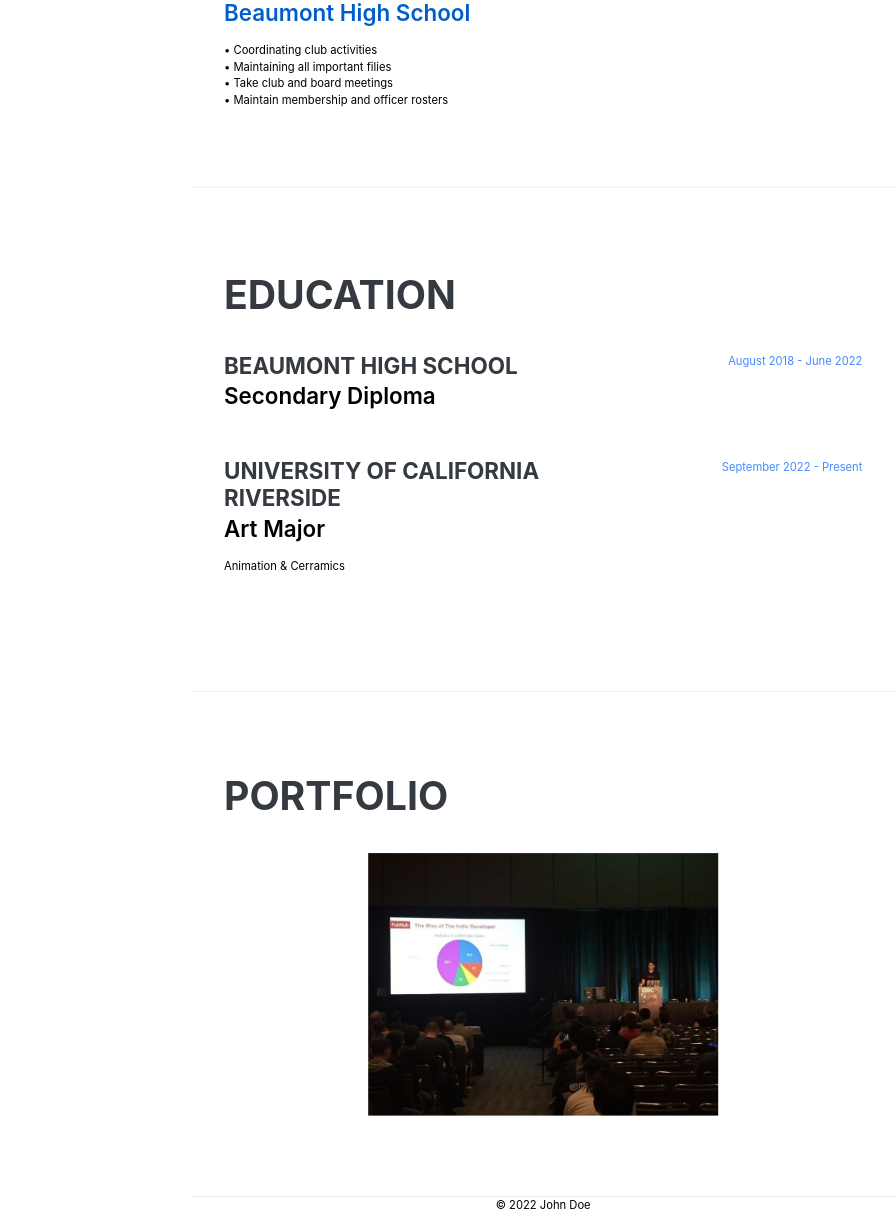
Repository: vmoua1129/vmoua1129-Resume
Page: LearnCS8-Resume/index.html
The author's editor kept a record of every edit. The page is drawn from the files as they stood at one moment, then again after the next edit.
The browser window is 1280 px wide. The pictures show the part of the page from y = 1404 to 3324 px (the page is 3162 px tall before and 3324 px after), at 70% of full size.
Some web fonts or font styles are not loaded; a fallback is used.

Above is the page before.

### LearnCS8-Resume/index.html
<!DOCTYPE html>
<html lang="en">

<head>

  <meta charset='UTF-8'>
  <meta name="viewport" content="width=device-width, initial-scale=1, shrink-to-fit=no">
  <link rel="shortcut icon" href="img/favicon.ico">
  <meta name="description" content="Hello! My name is Vivian G. Moua, I am a First-Year Student at UC Riverside">
  <meta name="author" content="862365976">

  <title>Vivian G. Moua - Art</title>

  <!-- Bootstrap core CSS -->
  <link href="vendor/bootstrap/css/bootstrap.min.css" rel="stylesheet">

  <!-- Custom fonts for this template -->
  <link href="https://fonts.googleapis.com/css?family=Saira+Extra+Condensed:500,700" rel="stylesheet">
  <link href="https://fonts.googleapis.com/css?family=Muli:400,400i,800,800i" rel="stylesheet">
  <link href="vendor/fontawesome-free/css/all.min.css" rel="stylesheet">

  <!-- Custom styles for this template -->
  <link href="css/resume.min.css" rel="stylesheet">

</head>

<body id="page-top">
  <nav class="navbar navbar-expand-lg navbar-dark bg-primary fixed-top" id="sideNav">
    <a class="navbar-brand js-scroll-trigger" href="#page-top">
      <span class="d-block d-lg-none">John Doe</span>
      <span class="d-none d-lg-block">
        <img class="img-fluid img-profile rounded-circle mx-auto mb-2" src="img/VivianMoua.jpg.jpg" alt="Profile Picture">
      </span>
    </a>
    <button class="navbar-toggler" type="button" data-toggle="collapse" data-target="#navbarSupportedContent" aria-controls="navbarSupportedContent" aria-expanded="false" aria-label="Toggle navigation">
      <span class="navbar-toggler-icon"></span>
    </button>
    <div class="collapse navbar-collapse" id="navbarSupportedContent">
      <ul class="navbar-nav">
        <li class="nav-item">
          <a class="nav-link js-scroll-trigger" href="#about">About</a>
        </li>
        <li class="nav-item">
          <a class="nav-link js-scroll-trigger" href="#experience">Experience</a>
        </li>
        <li class="nav-item">
          <a class="nav-link js-scroll-trigger" href="#education">Education</a>
        </li>
        <li class="nav-item">
          <a class="nav-link js-scroll-trigger" href="#portfolio">Portfolio</a>
        </li>
      </ul>
    </div>
  </div>
  </nav>

  <div class="container-fluid p-0">

    <section class="resume-section p-3 p-lg-5 d-flex align-items-center" id="about">
      <div class="w-100">
        <h1 class="mb-3">John Doe
        </h1>
        <div class="subheading mb-5">Business Administration📚</div>
        <p class="lead mb-4">Enter bio here<br>A talented, passionate and hardworking Artist who has a long track record of creating original pieces of artwork, through a variety of mediums. Vivian comes to you from a strong artistic background, with a history of craftsmanship and with the ability to create art for either sale or exhibiton. She can work with a wide variety of materials such as paint, digital, and traditional. She has a passion to create world class art, and is the type of person who puts the word 'no' before the world 'problem'.<br>

        </p>
        <div class="social-icons">
          <a target="_blank" id="socialicon-1" href="https://www.instagram.com/">
            <i class="fab fa-linkedin-in"></i>
          </a>
          <a target="_blank" id="socialicon-2" href="https://github.com/vmoua1129/vmoua1129-Resume">
            <i class="fab fa-github"></i>
          </a>
          <a target="_blank" id="socialicon-3" href="https://twitter.com">
            <i class="fab fa-twitter"></i>
          </a>
          <a target="_blank" id="socialicon-4" href="https://www.youtube.com/">
            <i class="fa fa-envelope"></i>
          </a>
        </div>
      </div>
    </section>

    <hr class="m-0">

    <section class="resume-section p-3 p-lg-5 d-flex justify-content-center" id="experience">
      <div class="w-100">
        <h2 class="mb-5">Experience</h2>

        <div class="resume-item d-flex flex-column flex-md-row justify-content-between mb-5 experience">
          <div class="resume-content">
            <h3 class="mb-0">Sales Associates</h3>
            <div class="subheading mb-3"><a target="_blank" href="https://www.marshalls.com/us/store/index.jsp">T.J.Max - Marshall's</a></div>
            <p>
              • Customer Service X<br>
              • Salesfloor<br>
              • Experience with recovering areas within the store<br>
            </p>
          </div>
          <div class="resume-date text-md-right">
            <span class="text-primary">October 2021 - Present</span>
          </div>
        </div>

        <div class="resume-item d-flex flex-column flex-md-row justify-content-between mb-5 experience">
          <div class="resume-content">
            <h3 class="mb-0">Secretary</h3>
            <div class="subheading mb-3"><a target="_blank" href="https://sgms.beaumontusd.us/">Art Club - San Gorgonio Middle School</a></div>
            <p>
              • Responsible for organizing and writing reports<br>
              • Maintaining files and rearranging appointments<br>
              • Typing, preparing and collecting reports<br>
            </p>
          </div>
          <div class="resume-date text-md-right">
            <span class="text-primary">March 2016 - March 2016</span>
          </div>
        </div>


        <div class="resume-item d-flex flex-column flex-md-row justify-content-between mb-5 experience">
          <div class="resume-content">
            <h3 class="mb-0">Secretary</h3>
            <div class="subheading mb-3"><a target="_blank" href="https://bhs.beaumontusd.us/">Beaumont High School</a></div>
            <p>
            • Coordinating club activities<br>
            • Maintaining all important filies<br>
            • Take club and board meetings<br>
            • Maintain membership and officer rosters<br>

          </p>
          </div>
          <div class="resume-date text-md-right">
            <span class="text-primary">September 2021 - June 2022</span>
          </div>
        </div>



      </div>

    </section>

    <hr class="m-0">

    <section class="resume-section p-3 p-lg-5 d-flex align-items-center" id="education">
      <div class="w-100">
        <h2 class="mb-5">Education</h2>

        <div class="resume-item d-flex flex-column flex-md-row justify-content-between mb-5 education">
          <div class="resume-content">
            <h3 class="mb-0">Beaumont High School</h3>
            <div class="subheading mb-3">Secondary Diploma</div>
          </div>
          <div class="resume-date text-md-right">
            <span class="text-primary">August 2018 - June 2022</span>
          </div>
        </div>

        <div class="resume-item d-flex flex-column flex-md-row justify-content-between mb-5 education">
          <div class="resume-content">
            <h3 class="mb-0">University of California Riverside</h3>
            <div class="subheading mb-3">Art Major</div>
            <div>Animation & Cerramics</div>
          </div>
          <div class="resume-date text-md-right">
            <span class="text-primary">September 2022 - Present</span>
          </div>

      </div>
    </section>

    <hr class="m-0">

    <section class="resume-section p-1 p-lg-5 d-flex align-items-center" id="portfolio">
      <div class="w-100">
        <h2 class="mb-5">Portfolio</h1>
        <center>
            <img src="img/image2.jpeg" width="500px">
        </center>
      </div>
    </section>

    <hr class="m-0">
    <center>&copy; <script type="text/javascript">
  document.write(new Date().getFullYear());
  </script> John Doe</center><br>
  </div>
  <!-- Bootstrap core JavaScript -->
  <script src="vendor/jquery/jquery.min.js"></script>
  <script src="vendor/bootstrap/js/bootstrap.bundle.min.js"></script>

  <!-- Plugin JavaScript -->
  <script src="vendor/jquery-easing/jquery.easing.min.js"></script>

  <!-- Custom scripts for this template -->
  <script src="js/resume.min.js"></script>
</body>
</html>

Loaded but not shown: vendor/bootstrap/css/bootstrap.min.css (library); vendor/fontawesome-free/css/all.min.css (library); css/resume.min.css (library); vendor/jquery/jquery.min.js (library); vendor/bootstrap/js/bootstrap.bundle.min.js (library); vendor/jquery-easing/jquery.easing.min.js (common file); js/resume.min.js (common file)

After the next edit:
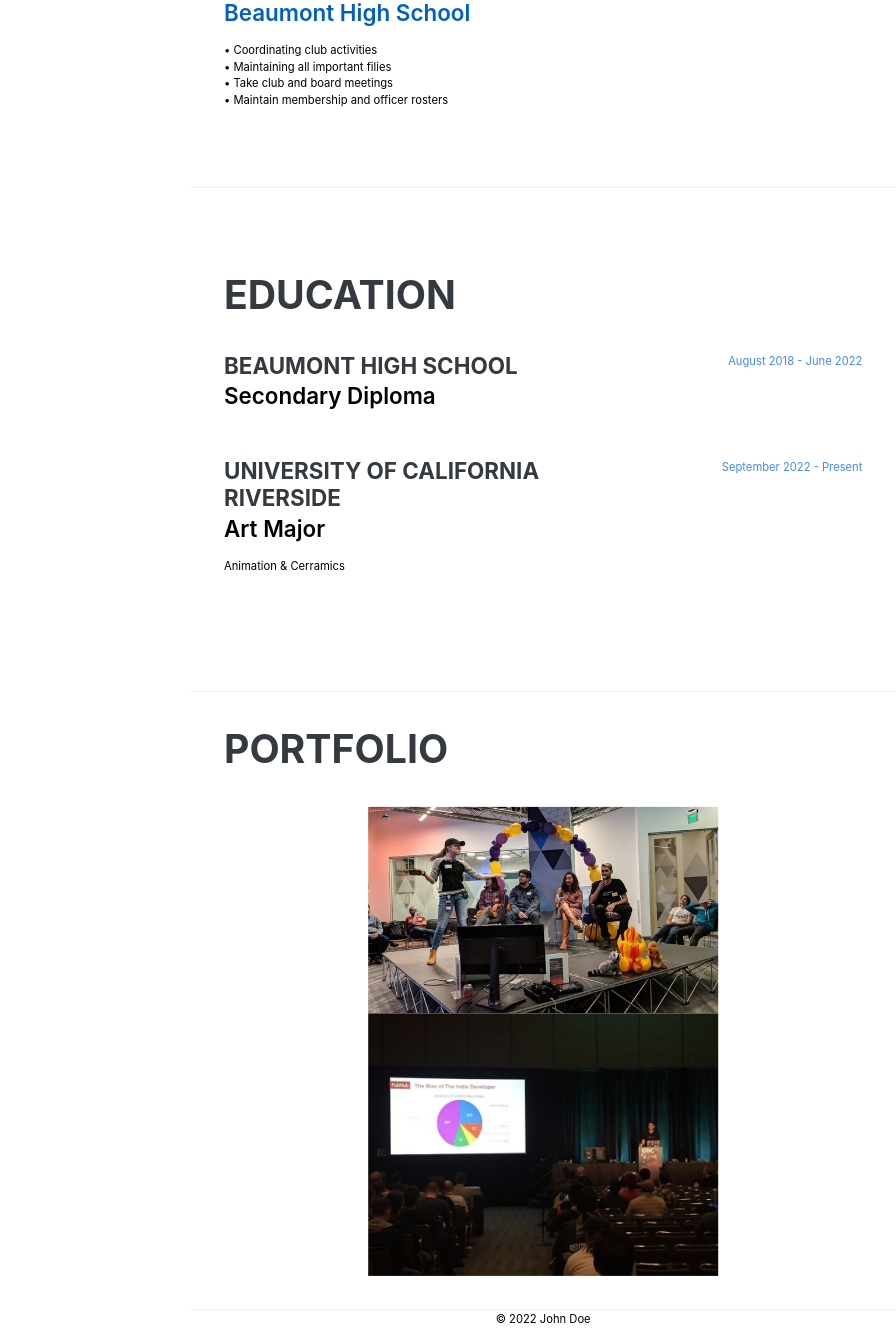
The edit:
--- a/LearnCS8-Resume/index.html
+++ b/LearnCS8-Resume/index.html
@@ -176,7 +176,8 @@
       <div class="w-100">
         <h2 class="mb-5">Portfolio</h1>
         <center>
-            <img src="img/image2.jpeg" width="500px">
+            <img src="img/image1.jpeg" width="500px">
+            <img src="img/image2.jpeg" width="500px"><br>
         </center>
       </div>
     </section>
